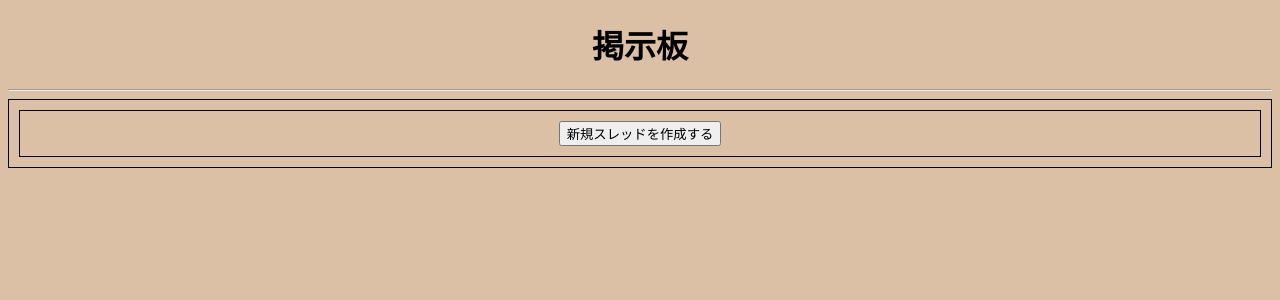
Repository: daidai0602/mba_portal
Page: http://localhost/php_2chan/
The author's editor kept a copy of each file at every save. The page is drawn from the files as they stood at one save, then again after a run of saves.
The browser window is 1280 px wide. The pictures show the whole page.
The page is run by PHP 8.4 with error messages shown; the project is at /var/www/html/. Queries for data that is not in the repository find no rows.

Above is the page before, as saved 2023-12-04 16:36:04.

After the next 2 saves:
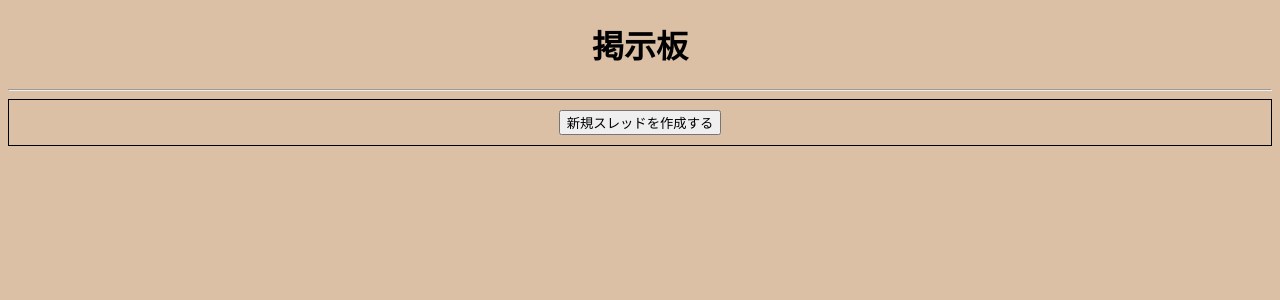
The 2 saves are shown as one change because they came seconds apart.
The last was saved 18 s later.
--- a/assets/css/style.css
+++ b/assets/css/style.css
@@ -67,14 +67,14 @@ section .comment {
 
 /*新規スレッド*/
 
-.newThreadWrapper {
-  /* background-color: #b3eeb3; */
+/* .newThreadWrapper {
+  background-color: #b3eeb3;
   padding: 10px;
   max-width: 1300px;
-  /* margin: 0 auto; */
+  margin: 0 auto;
   border: 1px solid black;
   margin-bottom: 20px;
-}
+} */
 
 .newChildThreadWrapper {
   text-align: center;
